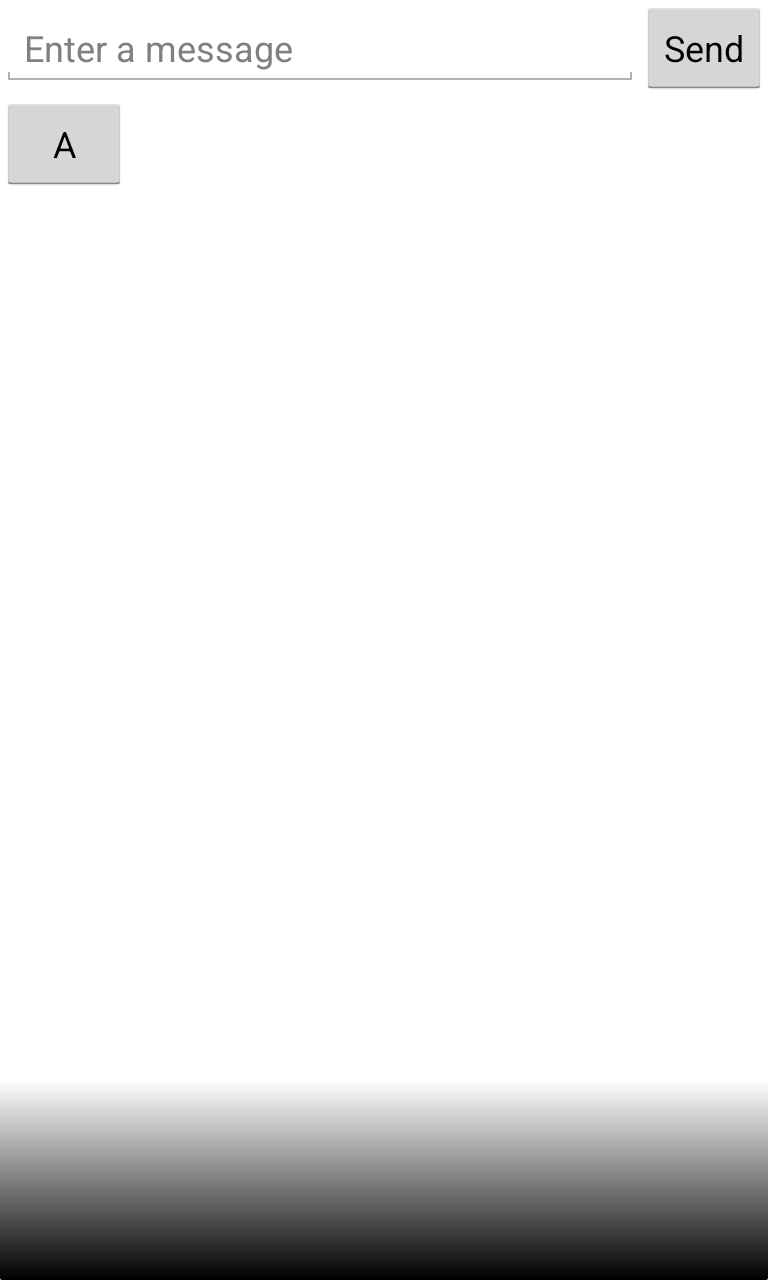
Repository: Jwonsever/AndroidPiano
Layout: HelloWorld/res/layout/activity_main.xml
These files come from the project's save history. The layout is drawn as it stood at one moment and after the next save; the edit follows.
It is drawn on a 768 x 1280 px phone screen (xhdpi) without system bars, with theme AppTheme; the app's code is not run.

Above is the layout before, as saved 2013-11-08 02:36:17.

### HelloWorld/res/layout/activity_main.xml
<?xml version="1.0" encoding="utf-8"?>
<RelativeLayout xmlns:android="http://schemas.android.com/apk/res/android"
    xmlns:tools="http://schemas.android.com/tools"
    android:layout_width="match_parent"
    android:layout_height="match_parent"
    android:orientation="horizontal" >

    <Button
        android:id="@+id/button1"
        android:layout_width="wrap_content"
        android:layout_height="wrap_content"
        android:layout_alignParentRight="true"
        android:layout_alignParentTop="true"
        android:onClick="sendMessage"
        android:text="@string/button_send" />

    <EditText
        android:id="@+id/edit_message"
        android:layout_width="wrap_content"
        android:layout_height="wrap_content"
        android:layout_alignBaseline="@+id/button1"
        android:layout_alignBottom="@+id/button1"
        android:layout_alignParentLeft="true"
        android:layout_toLeftOf="@+id/button1"
        android:ems="10"
        android:hint="@string/edit_message" />

    <Button
        android:id="@+id/a_note"
        android:onClick="playAnote"
        android:layout_width="wrap_content"
        android:layout_height="wrap_content"
        android:layout_alignParentLeft="true"
        android:layout_below="@+id/button1"
        android:text="@string/a_note" />

    <LinearLayout
        android:id="@+id/piano_key"
        android:layout_width="100dp"
        android:layout_height="100dp"
        android:layout_alignParentBottom="true"
        android:layout_alignParentLeft="true"
        android:layout_alignParentRight="true"
        android:background="@drawable/piano_key"
        android:orientation="horizontal" >

    </LinearLayout>

</RelativeLayout>

### HelloWorld/res/values/strings.xml
<?xml version="1.0" encoding="utf-8"?>
<resources>

    <string name="app_name">Hello World</string>
    <string name="action_settings">Settings</string>
    <string name="hello_world">Hello world!</string>
    <string name="edit_message">Enter a message</string>
    <string name="title_activity_main">MainActivity</string>
    <string name="button_send">Send</string>
    <string name="a_note">A</string>
    <string name="title_activity_display_message">My Message</string>

</resources>

### HelloWorld/res/drawable/piano_key.xml
<?xml version="1.0" encoding="utf-8"?>
<shape xmlns:android="http://schemas.android.com/apk/res/android" >

    <gradient
        android:angle="90"
        android:endColor="#FFFFFF"
        android:startColor="#000000" />

    <corners
        android:bottomLeftRadius="1dp"
        android:bottomRightRadius="1dp"
        android:topLeftRadius="1dp"
        android:topRightRadius="1dp" >
    </corners>

</shape>

Loaded but not shown: HelloWorld/res/values/styles.xml (common file); HelloWorld/res/values-v11/styles.xml (common file); HelloWorld/res/values-v14/styles.xml (common file)

After the next save:
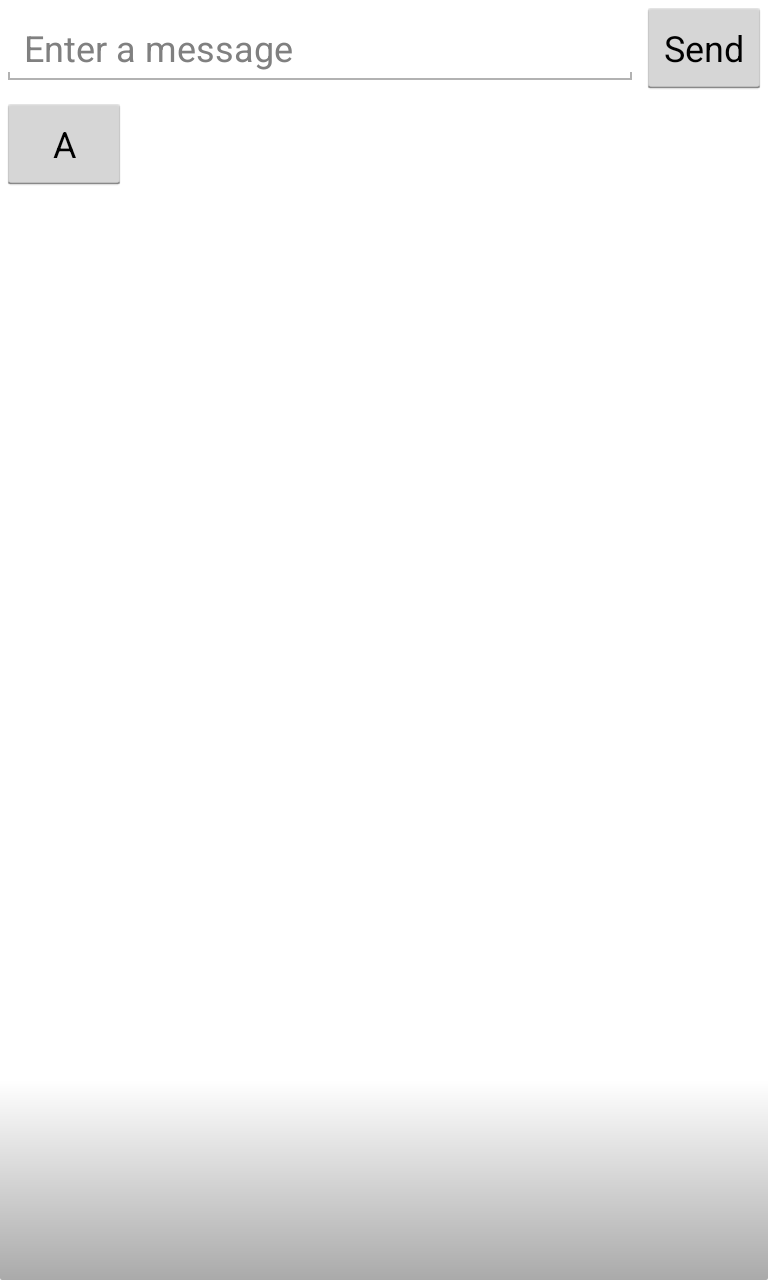
Saved 20 s later.
--- a/HelloWorld/res/drawable/piano_key.xml
+++ b/HelloWorld/res/drawable/piano_key.xml
@@ -4,7 +4,7 @@
     <gradient
         android:angle="90"
         android:endColor="#FFFFFF"
-        android:startColor="#000000" />
+        android:startColor="#AAAAAA" />
 
     <corners
         android:bottomLeftRadius="1dp"
